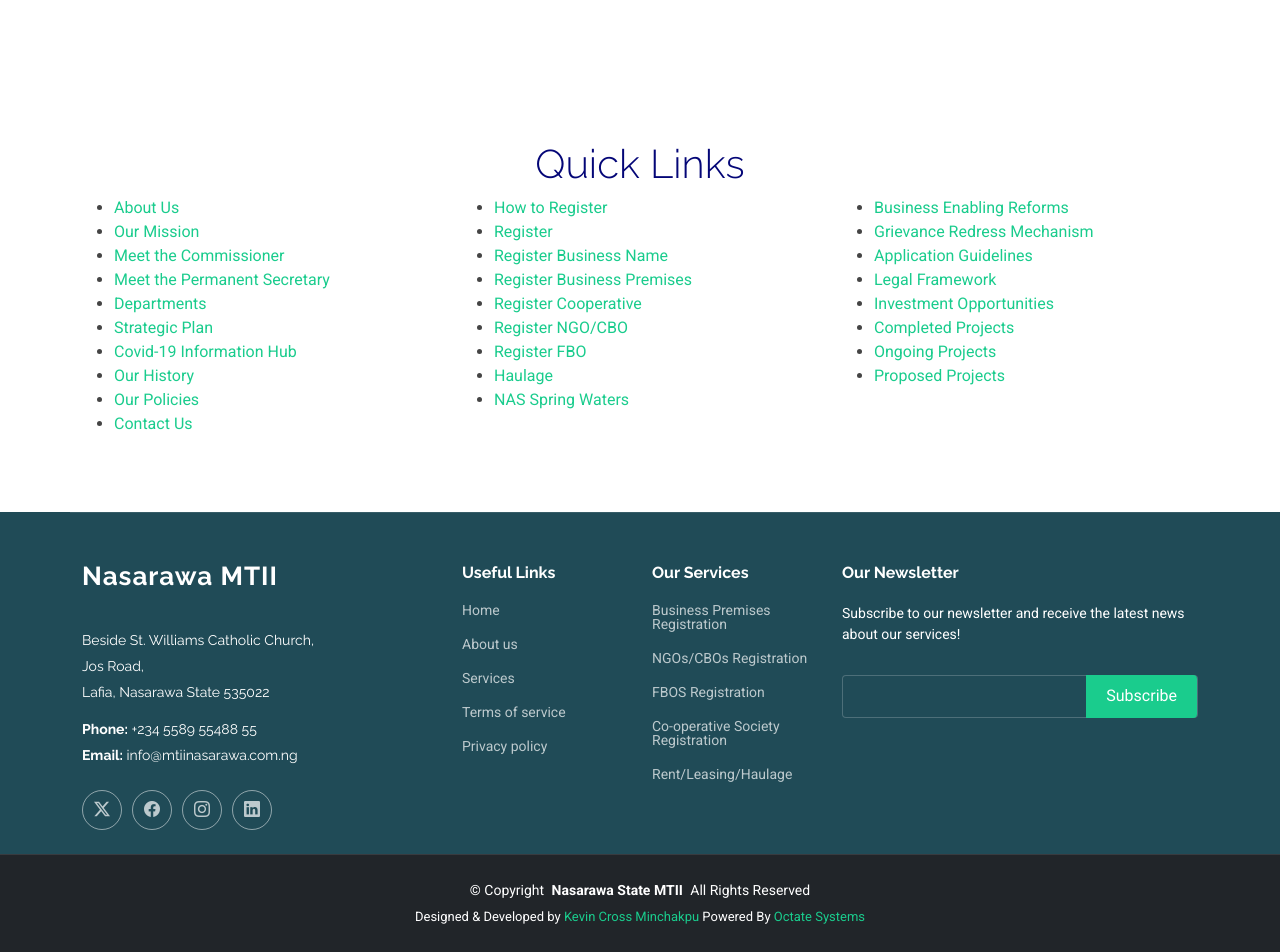
Repository: GlorifiedIntel/wamba-lgc
Page: about-wamba.html
An editor plug-in stored every save of this project. The page is shown before and after the next save, followed by the edit.
The browser window is 1280 px wide. The pictures show the part of the page from y = 2955 to 3907 px (the page is 3907 px tall before and 3897 px after).
A picture or video elsewhere on the page could not be fetched, so the positions and the page height are approximate.

Above is the page before, as saved 2025-02-06 02:11:06.
Console error: TypeError: Cannot read properties of null (reading 'click')

After the next save:
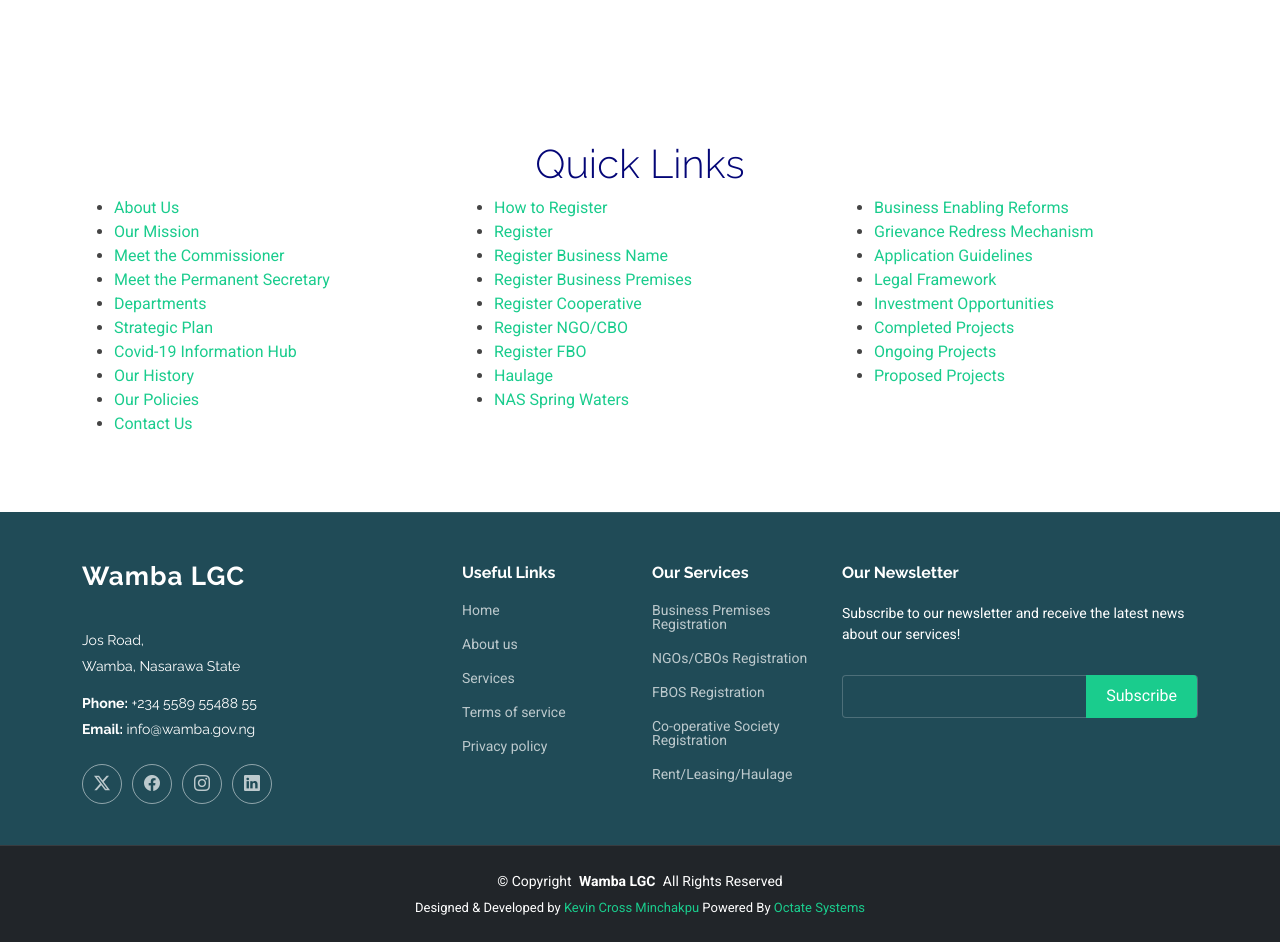
Saved 5 min 25 s later.
--- a/about-wamba.html
+++ b/about-wamba.html
@@ -277,20 +277,19 @@
     <div class="row gy-4">
       <div class="col-lg-4 col-md-6 footer-about">
         <a href="index.html" class="logo d-flex align-items-center">
-          <span class="sitename">Nasarawa MTII</span>
+          <span class="sitename">Wamba LGC</span>
         </a>
         <div class="footer-contact pt-3">
-          <p>Beside St. Williams Catholic Church,</p>
-          <p>Jos Road,</p>
-          <p>Lafia, Nasarawa State 535022</p>
+         <p>Jos Road,</p>
+          <p>Wamba, Nasarawa State </p>
           <p class="mt-3"><strong>Phone:</strong> <span>+234 5589 55488 55</span></p>
-          <p><strong>Email:</strong> <span>info@mtiinasarawa.com.ng</span></p>
+          <p><strong>Email:</strong> <span>info@wamba.gov.ng</span></p>
         </div>
         <div class="social-links d-flex mt-4">
-          <a href=""><i class="bi bi-twitter-x"></i></a>
-          <a href=""><i class="bi bi-facebook"></i></a>
-          <a href=""><i class="bi bi-instagram"></i></a>
-          <a href=""><i class="bi bi-linkedin"></i></a>
+          <a href="" title="Twitter"><i class="bi bi-twitter-x"></i></a>
+          <a href="" title="Facebook"><i class="bi bi-facebook"></i></a>
+          <a href="" title="Instagram"><i class="bi bi-instagram"></i></a>
+          <a href="" title="LinkedIn"><i class="bi bi-linkedin"></i></a>
         </div>
       </div>
 
@@ -331,7 +330,7 @@
   </div>
 
   <div class="container-fluid copyright text-center mt-4 bg-dark">
-    <p>© <span>Copyright</span> <strong class="px-1 sitename">Nasarawa State MTII</strong> <span>All Rights Reserved</span></p>
+    <p>© <span>Copyright</span> <strong class="px-1 sitename">Wamba LGC</strong> <span>All Rights Reserved</span></p>
     <div class="credits">
       Designed & Developed by <a href="https://kevinomics.com/">Kevin Cross Minchakpu</a> Powered By <a href="https://octatesystems.com">Octate Systems</a>
     </div>
@@ -341,7 +340,7 @@
 
 <!-- Scroll Top -->
 
-<button id="scroll-top" class="scroll-top d-flex bg-dark align-items-center justify-content-center"><i class="bi bi-arrow-up-short"></i></button>
+<button id="scroll-top" class="scroll-top d-flex bg-dark align-items-center justify-content-center" title="Scroll to top"><i class="bi bi-arrow-up-short"></i></button>
 <!-- Preloader -->
 <div id="preloader"></div>
 
